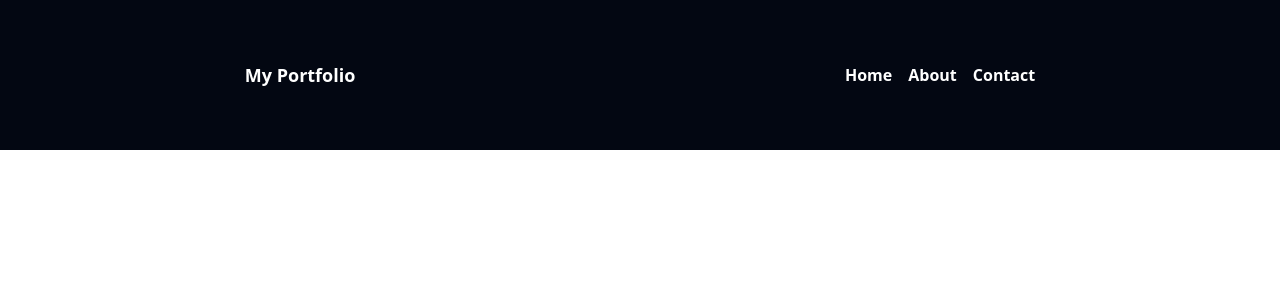
Repository: KaguyaKawaii/portfolio
Page: / (app in frontend/)
An editor plug-in stored every save of this project. The page is shown before and after the next save, followed by the edit.
The browser window is 1280 px wide. The pictures show the whole page.
The project was rebuilt for these pictures with package versions that can differ from the ones it lists, and the page was loaded fresh each time. Also part of the build but not shown: frontend/vite.config.js.

Above is the page before, as saved 2025-10-27 23:23:48.

### frontend/src/App.jsx
import { useState } from 'react'


function App() {

  return (
    <>
      <header className='bg-gray-950 h-[150px]'>
        <div className='flex justify-around items-center h-full text-white'>
          <h1 className='font-bold text-lg'>My Portfolio</h1>

          <div className='flex gap-4 font-semibold'>
            <p>Home</p>
            <p>About</p>
            <p>Contact</p>

          </div>



        </div>
      </header>
    </>
  )
}

export default App

Loaded but not shown: frontend/index.html (common file); frontend/src/main.jsx (common file); frontend/src/index.css (common file)

After the next save:
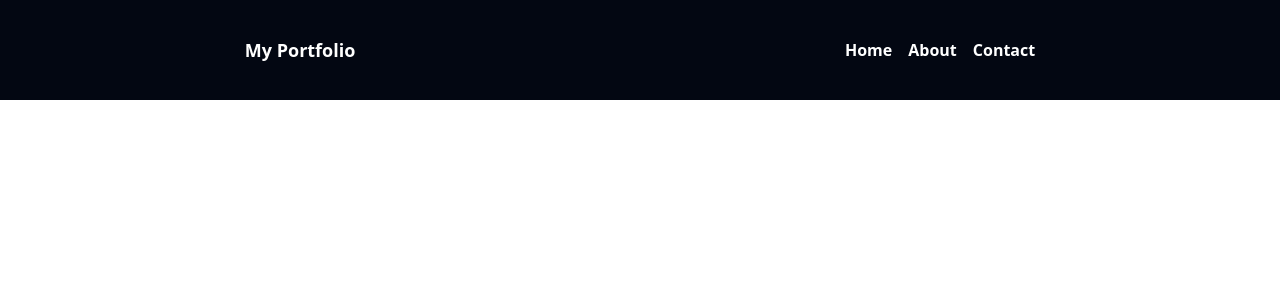
Saved 6 s later.
--- a/frontend/src/App.jsx
+++ b/frontend/src/App.jsx
@@ -5,7 +5,7 @@
 
   return (
     <>
-      <header className='bg-gray-950 h-[150px]'>
+      <header className='bg-gray-950 h-[100px]'>
         <div className='flex justify-around items-center h-full text-white'>
           <h1 className='font-bold text-lg'>My Portfolio</h1>
 
